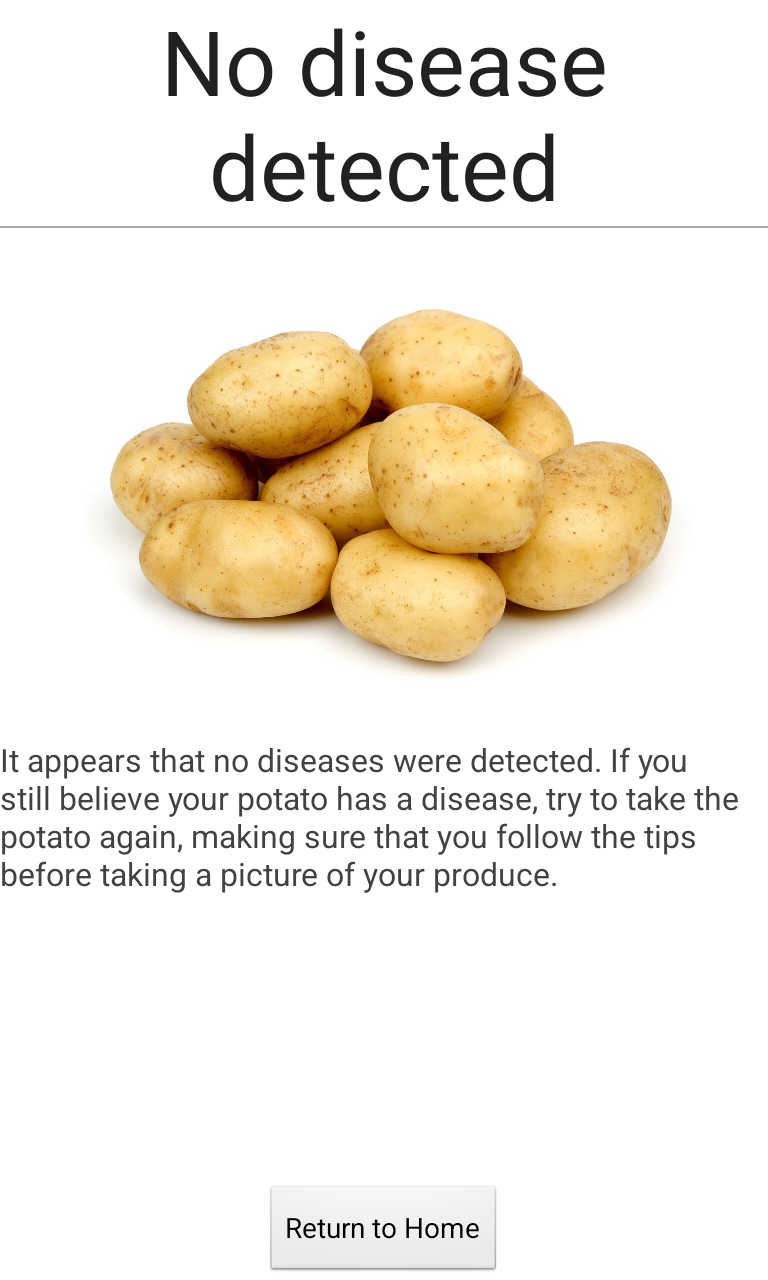
Repository: justnaelin/PhytoSenseIt-app
Layout: PhytoSenseIt/res/layout/activity_no_results.xml
An editor plug-in stored every save of this project. The layout is shown before and after the next save, followed by the edit.
It is drawn on a 768 x 1280 px phone screen (xhdpi) without system bars, with theme android:Theme.NoTitleBar.Fullscreen; the app's code is not run.

Above is the layout before, as saved 2015-07-29 19:01:47.

### PhytoSenseIt/res/layout/activity_no_results.xml
<LinearLayout xmlns:android="http://schemas.android.com/apk/res/android"
    xmlns:tools="http://schemas.android.com/tools"
    android:layout_width="match_parent"
    android:layout_height="match_parent"
    android:orientation="vertical"
    android:background="#FFFFFF">

    <TextView
        android:text="No disease detected"
        android:layout_width="wrap_content"
        android:layout_height="wrap_content"
        android:textSize="45sp"
        android:textColor="#212121"
        android:gravity="center_horizontal"/>

    <!-- Line underneath headline -->
    <View
        android:layout_width="match_parent"
        android:layout_height="1dp"
        android:background="@android:color/darker_gray"/>

    <!-- Change as needed. This is just a placeholder so you
            can see what the layout will look like. -->
    <ImageView
        android:src="@drawable/no_results"
        android:layout_width="wrap_content"
        android:layout_height="0dp"
        android:layout_margin="16dp"
        android:layout_weight="1"/>


    <TextView
        android:layout_width="match_parent"
        android:layout_height="0dp"
        android:text="It appears that no diseases were detected. If you still believe your potato has a disease, try to take the potato again, making sure that you follow the tips before taking a picture of your produce."
        android:layout_weight="1"
        android:textSize="16sp"
        android:textColor="#424242"/>


    <Button
        android:id="@+id/return_home"
        android:layout_width="wrap_content"
        android:layout_height="wrap_content"
        android:text="Return to Home"
        android:layout_gravity="center_horizontal"/>

    </LinearLayout>

After the next save:
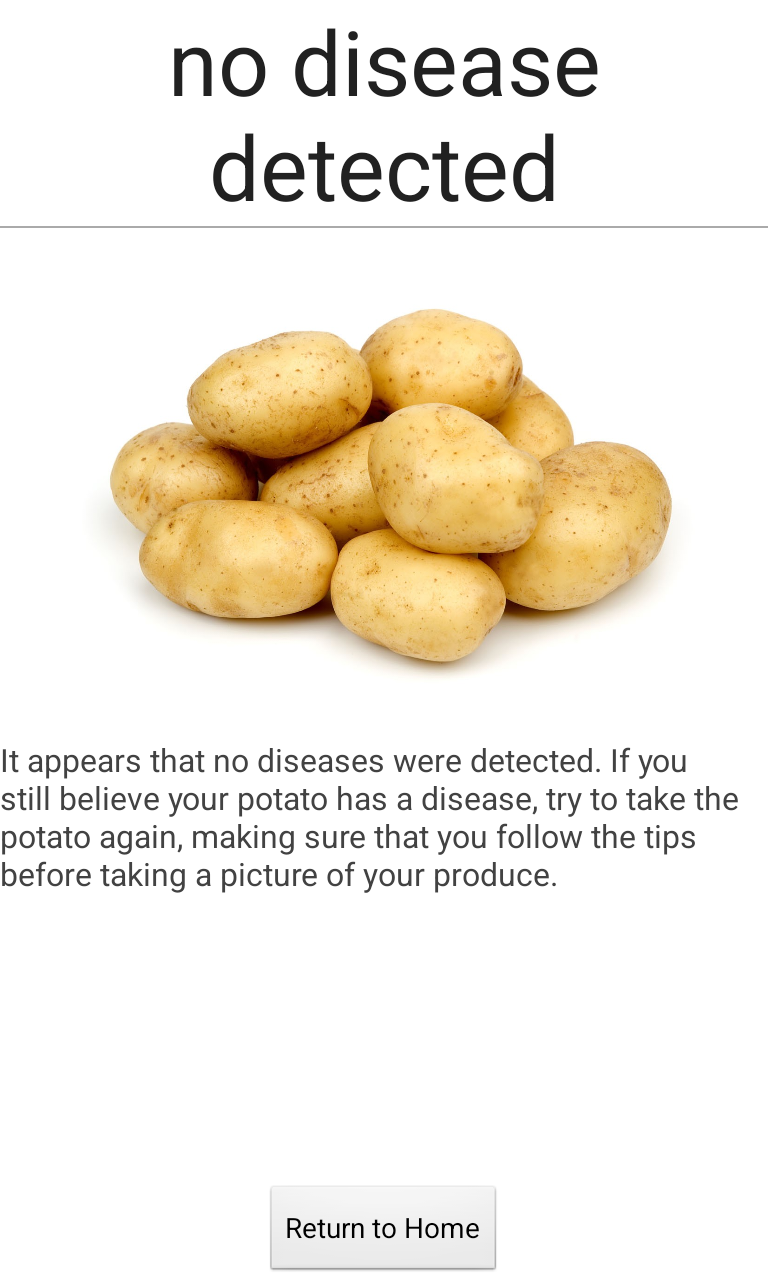
Saved 11 s later.
--- a/PhytoSenseIt/res/layout/activity_no_results.xml
+++ b/PhytoSenseIt/res/layout/activity_no_results.xml
@@ -6,7 +6,7 @@
     android:background="#FFFFFF">
 
     <TextView
-        android:text="No disease detected"
+        android:text="no disease detected"
         android:layout_width="wrap_content"
         android:layout_height="wrap_content"
         android:textSize="45sp"
